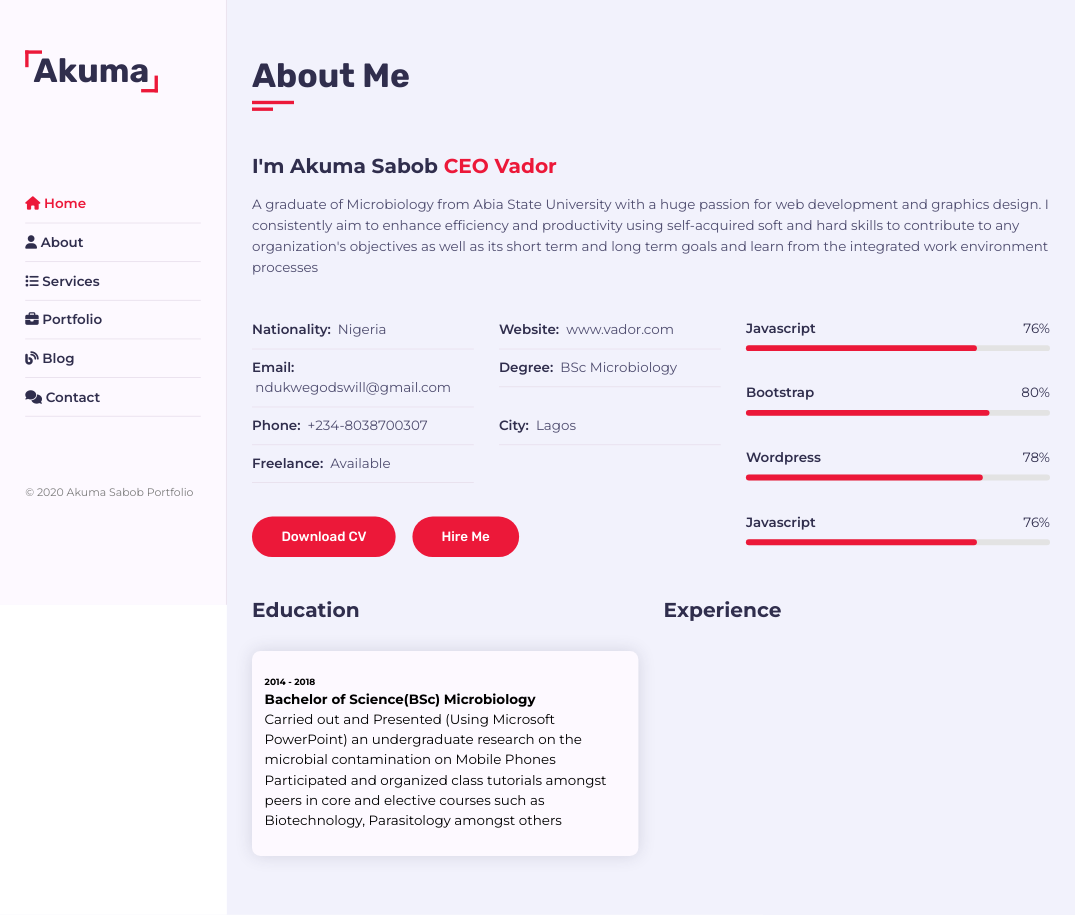
Repository: Akuma001/MY-Portfolio
Page: index.html
These files come from the project's save history. The page is drawn as it stood at one moment and after the next save; the edit follows.
The browser window is 1280 px wide. The pictures show the whole page, at 84% of full size.
Some icons come from a web library that is not loaded, so they are not drawn. Some web libraries are served in a nearby version.

Above is the page before, as saved 2020-12-13 21:58:28.

### index.html
<!DOCTYPE html>
<html lang="en">
<head>
  <title>Akuma Sabob</title>
  <meta charset="utf-8">
  <meta name="viewport" content="width=device-width, initial-scale=1">
   <!-- Template css Files -->
	<link rel="stylesheet" href="./css/style.css" type="text/css">
  <link rel="stylesheet" href="./css/skins/pink.css" type="text/css">
  <!-------Favcon icon-------->
  <link href="./images/favicon.ico" rel="icon" type="image/x-icon" />
  <!------------Font-Awesome---------------->
  <script src="https://kit.fontawesome.com/bd6f97032f.js" crossorigin="anonymous"></script>
</head>
<body>
<!-----------Main------------->
<div class="main-container">
<!-----------Side------------->
  <div class="aside">
    <div class="logo">
      <a href="#">Akuma</a>
    </div>

     <!----------Nav toggler---------->
     <div class="nav-toggler">
       <span></span>
     </div>
     <!----------Nav toggler---------->

    <!----------Nav Bar---------->
    <ul class="nav">
      <li><a href="#" class="active"><i class="fa fa-home"></i> Home</a></li>
      <li><a href="#"><i class="fa fa-user"></i> About</a></li>
      <li><a href="#"><i class="fa fa-list"></i> Services</a></li>
      <li><a href="#"><i class="fa fa-briefcase"></i> Portfolio</a></li>
      <li><a href="#"><i class="fas fa-blog"></i> Blog</a></li>
      <li><a href="#"><i class="fa fa-comments"></i> Contact</a></li>
    </ul>
    <div class="copyright-text">
      &copy; 2020 Akuma Sabob Portfolio
    </div>

  </div>
<!-----------Side End------------->

<!-----------Main content------------->
  <div class="main-content">

    <section class="home section hidden">
      <div class="container">
        <div class="intro">
          <img src="./images/profile.jpg" alt="Profile" class="shadow-dark">
          <h1>Akuma Sabob</h1>
          <p>I'm a web-developer <br> I'm graphics designer</p>
          <div class="social-link">
            <a href="#"><i class="fa fa-twitter"></i></a>
            <a href="#"><i class="fa fa-instagram"></i></a>
            <a href="#"><i class="fa fa-linkedin"></i></a>
            <a href="#"><i class="fas fa-code-branch"></i></a>
          </div>
        </div>
      </div>
    </section>

    <!-----------About------------->

      <section class="about section">
        <div class="container">
          <div class="row">
            <div class="section-title padd-15">
              <h2>About Me</h2>
            </div>
          </div>
          <div class="row">
            <div class="about-content padd-15">
              <div class="row">
                <div class="about-text padd-15">
                  <h3>I'm Akuma Sabob <span> CEO Vador </span></h3>
                  <p>A graduate of Microbiology from Abia State University with a huge
                    passion for web development and graphics design. I consistently aim
                    to enhance efficiency and productivity using self-acquired soft and
                    hard skills to contribute to any organization's objectives as well as its
                    short term and long term goals and learn from the integrated work
                    environment processes</p>
                </div>
              </div>
              <div class="row">
                <div class="personal-info padd-15">
                  <div class="row">
                    <div class="info-item padd-15">
                      <p>Nationality: <span>Nigeria</span></p>
                    </div>
                    <div class="info-item padd-15">
                      <p>Website: <span>www.vador.com</span></p>
                    </div>
                    <div class="info-item padd-15">
                      <p>Email: <span>ndukwegodswill@gmail.com</span></p>
                    </div>
                    <div class="info-item padd-15">
                      <p>Degree: <span>BSc Microbiology</span></p>
                    </div>
                    <div class="info-item padd-15">
                      <p>Phone: <span>+234-8038700307</span></p>
                    </div>
                    <div class="info-item padd-15">
                      <p>City: <span>Lagos</span></p>
                    </div>
                    <div class="info-item padd-15">
                      <p>Freelance: <span>Available</span></p>
                    </div>
                  </div>
                  <div class="row">
                    <div class="buttons padd-15">
                      <a href="#" class="btn">Download CV</a>
                      <a href="#" class="btn">Hire Me</a>
                    </div>
                  </div>
                </div>
                <div class="skills padd-15">
                  <div class="row">
                    <div class="skill-item padd-15">
                      <h5>Javascript</h5>
                      <div class="progress">
                        <div class="progress-in" style="width: 76%;"></div>
                        <div class="skill-percent">76%</div>
                      </div>
                    </div>
                    <div class="skill-item padd-15">
                      <h5>Bootstrap</h5>
                      <div class="progress">
                        <div class="progress-in" style="width: 80%;"></div>
                        <div class="skill-percent">80%</div>
                      </div>
                    </div>
                    <div class="skill-item padd-15">
                      <h5>Wordpress</h5>
                      <div class="progress">
                        <div class="progress-in" style="width: 78%;"></div>
                        <div class="skill-percent">78%</div>
                      </div>
                    </div>
                    <div class="skill-item padd-15">
                      <h5>Javascript</h5>
                      <div class="progress">
                        <div class="progress-in" style="width: 76%;"></div>
                        <div class="skill-percent">76%</div>
                      </div>
                    </div>
                  </div>
                </div>
              </div>

              <div class="row">
                <div class="education padd-15">
                  <h3 class="title">Education</h3>
                  <div class="row">
                    <div class="timeline-box padd-15">
                    <div class="timeline shadow-dark">
                      <!-----------Timeline item------------->
                      <div class="timeline-item">
                        <div class="circle-dot">
                          <h6 class="timeline-date">
                            <i class="fa fa-calender"></i>2014 - 2018
                          </h6>
                          <h4 class="timeline-title">Bachelor of Science(BSc) Microbiology</h4>
                          <p class="timeline-text">
                            Carried out and Presented (Using Microsoft PowerPoint) an undergraduate research on
                            the microbial contamination on Mobile Phones <br>Participated and organized class tutorials
                            amongst peers in core and elective courses such as Biotechnology, Parasitology amongst others
                          </p>
                        </div>
                         <!-----------Timeline item End------------->
                      </div>
                    </div>
                  </div>
                  </div>
                </div>
                <div class="experience padd-15">
                  <h3 class="title">Experience</h3>
                </div>
              </div>
            </div>
          </div>
        </div>
      </section>

    <!-----------About End------------->
  </div>
<!-----------Main content End------------->
</div>
<!-----------Main------------->
</body>
</html>

### css/style.css

 /*Font Awesome Free Icon*/
 @import url("https://stackpath.bootstrapcdn.com/font-awesome/4.7.0/css/font-awesome.min.css");
 /*Google fonts*/
 @import url('https://fonts.googleapis.com/css?family=Montserrat:400,500,600,700&display=swap');
 @import url('https://fonts.googleapis.com/css?family=Rubik:500,700,900&display=swap');


body{
    margin: 0;
    line-height: 1.5;
    font-size: 16px;
    font-family: 'Montserrat', sans-serif;
    font-weight: 400;
}
*{
    margin: 0;
    padding: 0;
    outline: none;
    text-decoration: none;
    box-sizing: border-box;
}
::before, ::after{
    box-sizing: border-box;
}

.section{
    background-color: #f2f2fc;
    min-height: 100vh;
    display: block;
    padding: 0 30px;
}
.section .container{
    padding-top: 60px;
    padding-bottom: 70px;
}
.section-title{
    -ms-flex: 0 0 100%;
    flex: 0 0 100%;
    max-width: 100%;
    margin-bottom: 60px;
}
.section-title h2{
    font-size: 40px;
    color: #302e4d;
    font-family: 'Rubik', sans-serif;
    font-weight: 700;
    margin: 0;
    position: relative;
}
.section-title h2::before{
    content: '';
    height: 4px;
    width: 50px;
    position: absolute;
    top: 100%;
    left: 0;
}
.section-title h2::after{
    content: '';
    height: 4px;
    width: 25px;
    position: absolute;
    top: 100%;
    left: 0;
    margin-top: 8px;
}
.row{
    display: -ms-flexbox;
    display: flex;
    -ms-flex-wrap: wrap;
    flex-wrap: wrap;
    margin-right: -15px;
    margin-left: -15px;
    position: relative;
}
.padd-15{
    padding-left: 15px;
    padding-right: 15px;
}
.main-content{
    padding-left: 270px;
}

.container{
    max-width: 1100px;
    width: 100%;
    margin: auto;
}
.shadow-dark{
    -webkit-box-shadow: 0 0 20px rgba(48, 46, 77, 0.15);
    box-shadow: 0 0 20px rgba(48, 46, 77, 0.15);
}
.btn{
    font-size: 16px;
    font-family: 'Rubik', sans-serif;
    font-weight: 500;
    padding: 12px 35px;
    color: #ffffff;
    border-radius: 40px;
    -webkit-transition: all 0.3s ease;
    transition: all 0.3s ease;
    display: inline-block;
    white-space: nowrap;
}
.btn:hover{
    -webkit-transform: scale(1.05);
    transform: scale(1.05);
}
.hidden{
    display: none !important;
}

 /*    aside  */
 .aside{
     width: 270px;
     background-color: #fdf9ff;
     position: fixed;
     height: 100%;
     left: 0;
     top: 0;
     z-index: 10;
     border-right: 1px solid #e8dfec;
     padding: 30px;
 }


 .aside .logo{
    padding: 30px 0;
 }
 .aside .logo a{
     font-size: 40px;
     color: #302e4d;
     font-family: 'Rubik', sans-serif;
     font-weight: 700;
     text-decoration: none;
     display: inline-block;
     position: relative;
     padding: 0 10px;
     line-height: 50px;
 }
 .aside .logo a::before{
     content: '';
     height: 20px;
     width: 20px;
     position: absolute;
     top: 0;
     left: 0;
 }
 .aside .logo a::after{
    content: '';
    height: 20px;
    width: 20px;
    position: absolute;
    bottom: 0;
    right: 0;
 }
 .aside .nav-toggler{
     height: 40px;
     width: 45px;
     border: 1px solid #d4d4e3;
     cursor: pointer;
     position: fixed;
     left: 300px;
     top: 30px;
     z-index: 11;
     border-radius: 5px;
     background-color: #fdf9ff;
     /*
     display: -ms-flexbox;
     display: flex;
     */
     display: none;
     -ms-flex-align: center;
     align-items: center;
     -ms-flex-pack: center;
     justify-content: center;
 }
 .aside .nav-toggler span{
    height: 2px;
    width: 18px;
    display: inline-block;
    position: relative;
 }
 .aside .nav-toggler span::before{
     content: '';
     height: 2px;
     width: 18px;
     position: absolute;
     top: -6px;
     left: 0;
 }
 .aside .nav-toggler span::after{
    content: '';
    height: 2px;
    width: 18px;
    position: absolute;
    top: 6px;
    left: 0;
}
 .aside .nav{
    list-style: none;
     margin: 80px 0;
     padding: 0;
 }
 .aside .nav li{
     display: block;
 }
 .aside .nav li a{
     font-size: 16px;
     font-weight: 600;
     color: #302e4d;
     text-decoration: none;
     line-height: 45px;
     display: block;
     border-bottom: 1px solid #e8dfec;
     -webkit-transition: all 0.3s ease;
     transition: all 0.3s ease;
     text-transform: capitalize;
 }
 .aside .nav li a:not(.active):hover{
     padding-left: 5px;
 }
 .aside .nav li a fa{
     margin-right: 5px;
 }
 .aside .copyright-text{
    font-size: 13px;
    color: #7d7d7d;
 }

 /*    Home      */

 .home{
     min-height: 100vh;
     display: -ms-flexbox;
     display: flex;
 }

 .home .intro{
     text-align: center;
 }

 .home .intro img{
     height: 200px;
     width: 200px;
     border-radius: 50%;
     display: inline-block;
     border: 8px solid #ffffff;
 }

 .home .intro h1{
     font-size: 30px;
     color: #302e4d;
     font-family: 'Rubik', sans-serif;
     font-weight: 700;
     margin: 20px 0 5px;
 }
 .home .intro p{
     font-size: 16px;
     font-weight: 500;
     margin: 0%;
     line-height: 22px;
     color: #504e70;
 }

 .home .intro .social-link{
     margin-top: 25px;
 }

 .home .intro .social-link a{
     height: 35px;
     width: 35px;
     display: inline-block;
     text-align: center;
     line-height: 35px;
     color: #ffffff;
     margin: 0 4px;
     border-radius: 50%;
     text-decoration: none;
     -webkit-transition: all 0.3s ease;
     transition: all 0.3s ease;
 }

 .home .intro .social-link a:hover{
    -webkit-transform: scale(1.1);
    transform: scale(1.1);
 }


 /*      About Section     */

.about .about-content{
    -ms-flex: 0 0 100%;
    flex: 0 0 100%;
    max-width: 100%;
}
.about .about-content .about-text{
    -ms-flex: 0 0 100%;
    flex: 0 0 100%;
    max-width: 100%;
}
.about .about-content .about-text h3{
    font-size: 24px;
    margin-bottom: 15px;
    font-weight: 700;
    color: #302e4d;
}
.about .about-content .about-text p{
    font-size: 16px;
    line-height: 25px;
    color: #504e70;
    margin: 0;
}

.about .about-content .personal-info{
    /* background-color: red; */
    -ms-flex: 0 0 60%;
    flex: 0 0 60%;
    max-width: 60%;
    margin-top: 40px;
}
.about .about-content .personal-info .info-item{
    -ms-flex: 0 0 50%;
    flex: 0 0 50%;
    max-width: 50%;
}
.about .about-content .personal-info .info-item p{
    font-weight: 600;
    padding: 10px 0;
    font-size: 16px;
    color: #302e4d;
    margin: 0;
    border-bottom: 1px solid #e8dfec;

}
.about .about-content .personal-info .info-item p span{
    font-weight: 400;
    color: #504e70;
    margin-left: 4px;
    display: inline-block;
}
.about .about-content .personal-info .buttons{
    margin-top: 30px;
}
.about .about-content .personal-info .buttons .btn{
    margin-right: 15px;
    margin-top: 10px;
}
.about .about-content .skills{
    /* background-color: blue; */
    -ms-flex: 0 0 40%;
    flex: 0 0 40%;
    max-width: 40%;
    margin-top: 40px;
}

.about .about-content .skills .skill-item{
    -ms-flex: 0 0 100%;
    flex: 0 0 100%;
    max-width: 100%;
}

.about .about-content .skills .skill-item h5{
    line-height: 40px;
    font-weight: 600;
    font-size: 16px;
    color: #302e4d;
    text-transform: capitalize;
    margin: 0;
}
.about .about-content .skills .skill-item .progress{
    background-color: #e3e3e3;
    height: 7px;
    border-radius: 4px;
    width: 100%;
    position: relative;
}
.about .about-content .skills .skill-item{
    margin-bottom: 30px;
}
.about .about-content .skills .skill-item .progress .progress-in{
    position: absolute;
    left: 0;
    top: 0;
    height: 100%;
    border-radius: 4px;
}
.about .about-content .skills .skill-item .skill-percent{
    /* display: none; */
    line-height: 40px;
    position: absolute;
    right: 0;
    color: #302e4d;
    top: -40px;
    font-weight: 400;
}

.about .about-content .education{
    -ms-flex: 0 0 50%;
    flex: 0 0 50%;
    max-width: 50%;
    margin-top: 30px;
}
.about .about-content .experience{
    -ms-flex: 0 0 50%;
    flex: 0 0 50%;
    max-width: 50%;
    margin-top: 30px;
}

.about .about-content h3.title{
    font-size: 24px;
    margin-bottom: 30px;
    font-weight: 700;
    color: #302e4d;
}

.about .about-content .timeline-box{
    -ms-flex: 0 0 100%;
    flex: 0 0 100%;
    max-width: 100%;
}
.about .about-content .timeline{
    background-color: #fdf9ff;
    padding: 30px 15px;
    border: ipx solid #d4d4e3;
    border-radius: 10px;
    width: 100%;
}

### css/skins/pink.css
.aside .logo a::before{
    border-top: 4px solid #ec1839;
    border-left: 4px solid #ec1839;
}

.aside .logo a::after{
    border-right: 4px solid #ec1839;
    border-bottom: 4px solid #ec1839;
}

.about .about-content .about-text h3 span,
.aside .nav li a:hover,
.aside .nav li a.active{
    color: #ec1839;
}

.about .about-content .skills .skill-item .progress .progress-in,
.btn,
.section-title h2::after,
.section-title h2::before,
.aside .nav-toggler span,
.aside .nav-toggler span::before,
.aside .nav-toggler span::after,
.home .intro .social-link a{
    background-color: #ec1839;
}

After the next save:
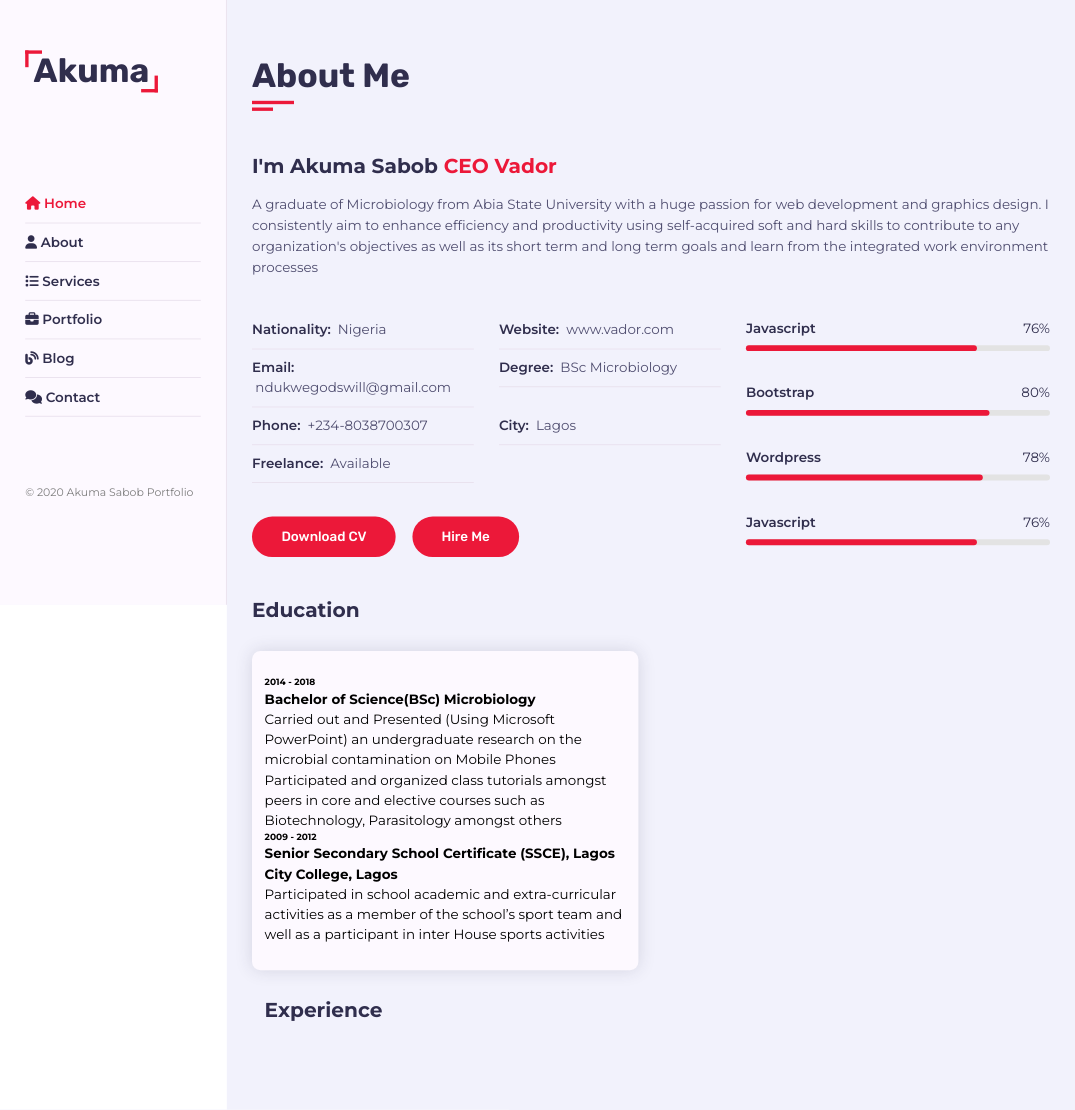
Saved 2 min 11 s later.
--- a/index.html
+++ b/index.html
@@ -170,6 +170,19 @@
                           </p>
                         </div>
                          <!-----------Timeline item End------------->
+                         <!-----------Timeline item------------->
+                      <div class="timeline-item">
+                        <div class="circle-dot">
+                          <h6 class="timeline-date">
+                            <i class="fa fa-calender"></i>2009 - 2012
+                          </h6>
+                          <h4 class="timeline-title">Senior Secondary School Certificate (SSCE), Lagos City College, Lagos</h4>
+                          <p class="timeline-text">
+                            Participated in school academic and extra-curricular activities as a member of the school’s
+                            sport team and well as a participant in inter House sports activities
+                          </p>
+                        </div>
+                         <!-----------Timeline item End------------->
                       </div>
                     </div>
                   </div>
